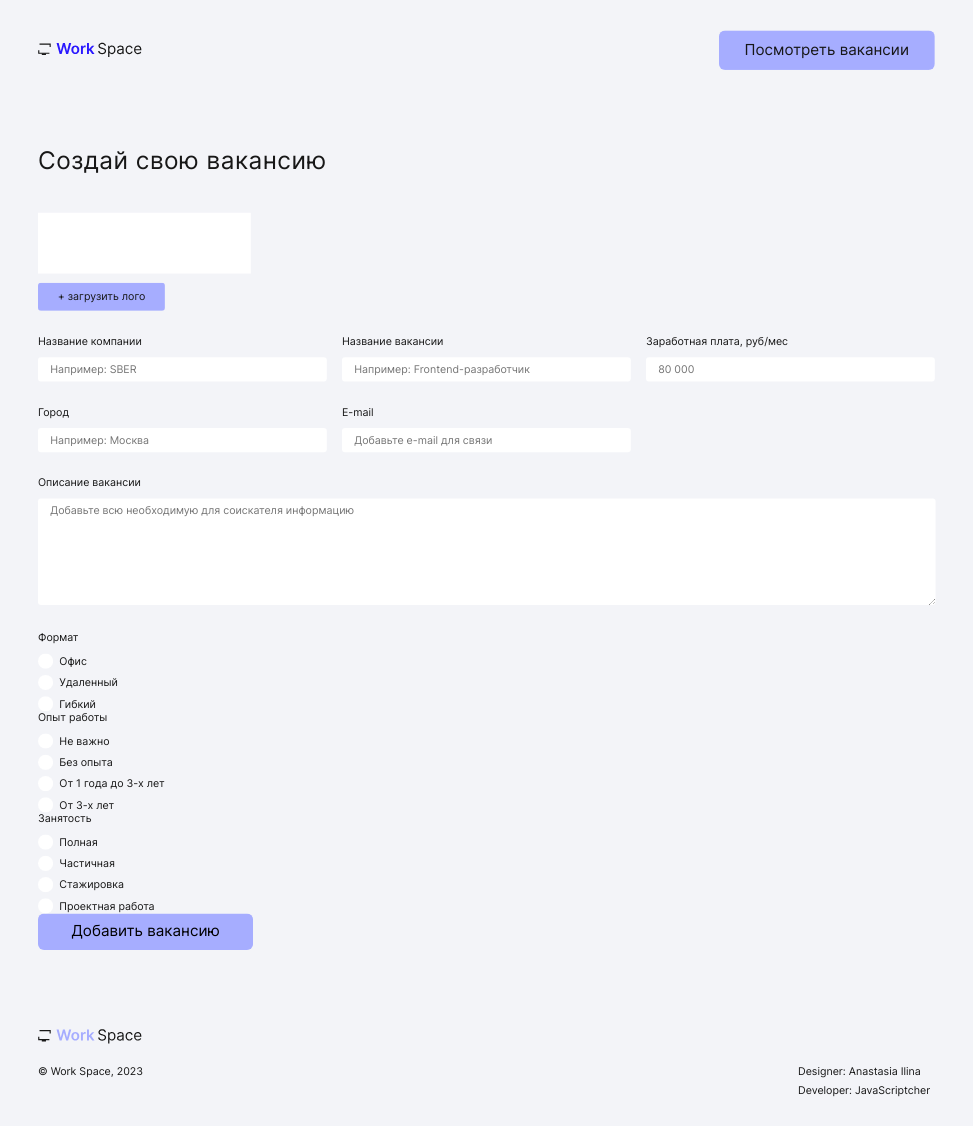
Repository: alexboagreek/workspace_js
Page: employer.html
These files come from the project's save history. The page is drawn as it stood at one moment and after the next save; the edit follows.
The browser window is 1280 px wide. The pictures show the whole page, at 76% of full size.

Above is the page before, as saved 2023-09-15 08:28:57.

### employer.html
<!DOCTYPE html>
<html lang="ru">
  <head>
    <meta charset="UTF-8" />
    <meta name="viewport" content="width=device-width, initial-scale=1.0" />
    <title>Workspace - добавить вакансию</title>

    <link rel="stylesheet" href="index.css" />

    <script src="js/just.js" defer></script>
    <script src="js/script.js" defer></script>
  </head>

  <body>
    <header class="header">
      <div class="container header__container">
        <a href="index.html">
          <img
            class="header__logo"
            src="img/logo.svg"
            alt="Логитип WorkSpace"
          />
        </a>
        <div class="header__links">
          <a class="header__link" href="index.html#vacancies">
            Посмотреть вакансии
          </a>
        </div>
      </div>
    </header>

    <main>
      <section class="employer">
        <div class="container">
          <h1 class="employer__title">Создай свою вакансию</h1>

          <form class="employer__form">
            <div class="employer__file file">
              <div class="file__wrap-preview">
                <img src="#" alt="" class="file__preview" />
              </div>

              <div class="file__wrap-btn">
                <label for="logo" class="file__label"> + загрузить лого </label>
                <input
                  name="logo"
                  type="file"
                  class="file__input"
                  id="logo"
                  accept="image/png, image/jpeg"
                  required
                />
              </div>
            </div>

            <fieldset class="employer__fieldset-input">
              <div class="employer__wrap-input">
                <label class="employer__label" for="company"
                  >Название компании
                </label>

                <input
                  type="text"
                  class="employer__input"
                  id="company"
                  name="company"
                  placeholder="Например: SBER"
                />
              </div>

              <fieldset class="employer__fieldset">
                <div class="employer__wrap-input">
                  <label class="employer__label" for="title"
                    >Название вакансии</label
                  >

                  <input
                    type="text"
                    class="employer__input"
                    id="title"
                    name="title"
                    placeholder="Например: Frontend-разработчик"
                  />
                </div>
              </fieldset>

              <fieldset class="employer__fildset">
                <div class="employer__wrap-input">
                  <label class="employer__label" for="salary"
                    >Заработная плата, руб/мес</label
                  >

                  <input
                    type="number"
                    class="employer__input"
                    id="salary"
                    name="salary"
                    placeholder="80 000"
                  />
                </div>
              </fieldset>

              <fieldset class="employer__fildset">
                <div class="employer__wrap-input">
                  <label class="employer__label" for="location">Город</label>

                  <input
                    type="text"
                    class="employer__input"
                    id="location"
                    name="location"
                    placeholder="Например: Москва"
                  />
                </div>
              </fieldset>

              <fieldset class="employer__fildset">
                <div class="employer__wrap-input">
                  <label class="employer__label" for="email">E-mail</label>

                  <input
                    type="email"
                    class="employer__input"
                    id="email"
                    name="email"
                    placeholder="Добавьте e-mail для связи"
                  />
                </div>
              </fieldset>
            </fieldset>



            <fieldset class="employer__fieldset-textarea">
              <label class="employer__label" for="description"
                >Описание вакансии</label
              >

              <textarea
                class="employer__textarea"
                name="description"
                id="description"
                placeholder="Добавьте всю необходимую для соискателя информацию"
              ></textarea>
            </fieldset>

            <div class="employer__radio-buttons">
              <fieldset class="employer__fieldset-radio" id="format">
                <legend class="employer__legend">Формат</legend>

                <label class="employer__label-radio radio">
                  <input
                    type="radio"
                    class="radio__input"
                    name="format"
                    value="Офис"
                  />Офис
                </label>

                <label class="employer__label-radio radio">
                  <input
                    type="radio"
                    class="radio__input"
                    name="format"
                    value="Удаленный"
                  />Удаленный
                </label>

                <label class="employer__label-radio radio">
                  <input
                    type="radio"
                    class="radio__input"
                    name="format"
                    value="Гибкий"
                  />Гибкий
                </label>
              </fieldset>

              <fieldset class="employer__fieldset-radio" id="experience">
                <legend class="employer__legend">Опыт работы</legend>

                <label class="employer__label-radio radio">
                  <input
                    type="radio"
                    class="radio__input"
                    name="experience"
                    value="Не важно"
                  />Не важно
                </label>

                <label class="employer__label-radio radio">
                  <input
                    type="radio"
                    class="radio__input"
                    name="experience"
                    value="Без опыта"
                  />Без опыта
                </label>

                <label class="employer__label-radio radio">
                  <input
                    type="radio"
                    class="radio__input"
                    name="experience"
                    value="От 1 года до 3-х лет"
                  />От 1 года до 3-х лет
                </label>

                <label class="employer__label-radio radio">
                  <input
                    type="radio"
                    class="radio__input"
                    name="experience"
                    value="От 3-х лет"
                  />От 3-х лет
                </label>
              </fieldset>

              <fieldset class="employer__fieldset-radio" id="type">
                <legend class="employer__legend">Занятость</legend>

                <label class="employer__label-radio radio">
                  <input
                    type="radio"
                    class="radio__input"
                    name="type"
                    value="Полная"
                  />Полная
                </label>

                <label class="employer__label-radio radio">
                  <input
                    type="radio"
                    class="radio__input"
                    name="type"
                    value="Частичная"
                  />Частичная
                </label>

                <label class="employer__label-radio radio">
                  <input
                    type="radio"
                    class="radio__input"
                    name="type"
                    value="Стажировка"
                  />Стажировка
                </label>

                <label class="employer__label-radio radio">
                  <input
                    type="radio"
                    class="radio__input"
                    name="type"
                    value="Проектная работа"
                  />Проектная работа
                </label>
              </fieldset>
            </div>

            <div class="employer__wrap-submit">
              <button class="employer__submit" type="submit">
                Добавить вакансию
              </button>
              <div class="employer__error"></div>
            </div>
          </form>
        </div>
      </section>
    </main>

    <footer class="footer">
      <div class="container footer__container">
        <img
          class="footer__logo"
          src="img/logo-footer.svg"
          alt="Логотип WorkSpace"
        />

        <p class="footer__copyright">© Work Space, 2023</p>

        <ul class="footer__contacts">
          <li class="footer__contact">
            Designer:
            <a class="footer__link" href="#">Anastasia Ilina</a>
          </li>
          <li class="footer__contact">
            Developer:
            <a class="footer__link" href="#">JavaScriptcher</a>
          </li>
        </ul>
      </div>
    </footer>
  </body>
</html>

### index.css
@import "style/normalize.css";
@import "style/choices.min.css";
@import "style/style.css";
@import "style/header.css";
@import "style/hero.css";
@import "style/vacancies.css";
@import "style/filter.css";
@import "style/choices.css";
@import "style/checkbox.css";
@import "style/cards.css";
@import "style/vacancy.css";
@import "style/footer.css";
@import "style/modal.css";
@import "style/detail.css";
@import "style/employer.css";
@import "style/file.css";
@import "style/radio.css";

### style/style.css
@font-face {
  font-family: Inter;
  font-weight: 400;
  src: url("../fonts/inter-regular.woff2") format("woff2"),
    url("../fonts/inter-regular.woff") format("woff");
}

html {
  scroll-behavior: smooth;
  position: relative;
  box-sizing: border-box;
}

*,
*:before,
*:after {
  box-sizing: inherit;
}

body {
  min-width: 320px;
  min-height: 100vh;
  font-family: Inter, sans-serif;
  font-size: 14px;
  color: #171717;
  background-color: #f3f4f8;
  line-height: 1.2;
}

img,
svg {
  max-width: 100%;
  max-height: 100%;
  height: auto;
}

button {
  padding: 0;
  border: 0;
  cursor: pointer;
  background-color: transparent;
}

a {
  text-decoration: none;
  color: inherit;
}

ul {
  padding: 0;
  margin: 0;
  list-style: none;
}

h1,
h2,
h3,
p {
  margin: 0;
}

fieldset {
  padding: 0;
  margin: 0;
  border: 0;
}

.visually-hidden {
  position: fixed;
  transform: scale(0);
}

.container {
  --width: 1180px;
  --padding: 30px;
  max-width: calc(var(--width) + var(--padding) * 2);
  margin: 0 auto;
  padding: 0 var(--padding);
}

.blue-text {
  color: #2a18ff;
}

@media (max-width: 1140px) {
  .container {
    --width: 880px;
  }
}

@media (max-width: 940px) {
  .container {
    --width: 680px;
  }
}

@media (max-width: 640px) {
  .container {
    --padding: 15px;
  }
}

### style/header.css
.header {
  padding: 40px 0;
}

.header__container {
  display: flex;
  align-items: center;
  justify-content: space-between;
  flex-wrap: wrap;
  gap: 24px;
}

.header__links {
  display: flex;
  gap: 8px;
  flex-wrap: wrap;
}

.header__link {
  padding: 12px 32px;
  border-radius: 8px;
  background-color: #a6adff;
  font-size: 20px;
  text-align: center;
  border: 2px solid transparent;
  transition-property: color, background-color;
  transition-duration: 0.2s;
  transition-timing-function: ease-in-out;
}

.header__link_o {
  background-color: transparent;
  border: 2px solid #A6ADFF;
}

.header__link:focus-visible {
  border-color: #4f58be;
}

.header__link:hover {
  color: #fff;
  background-color: #2a18ff;
}


@media (max-width: 1140px) {
  .header {
    padding: 32px 0 40px;
  }
}

@media (max-width: 940px) {
  .header {
    padding: 24px 0 30px;
  }

  .header__link {
    padding: 8px 23px;
    font-size: 14px;
  }
}

@media (max-width: 640px) {
  .header {
    padding: 24px 0 20px;
  }

  .header__container {
    flex-direction: column;
    align-items: center;
    justify-content: center;
  }

  .header__links {
    max-width: 290px;
  }

  .header__link {
    width: 100%;
  }

}

### style/hero.css
.hero {
  padding: 60px 0 50px;
}

.hero__container {
  position: relative;
  padding-top: 57px;
  padding-bottom: 57px;
}

.hero__container:after {
  content: "";
  position: absolute;
  right: -9px;
  top: 0;
  bottom: 0;
  width: 421px;
  background: url("../img/laptop.png") no-repeat center/contain;
}

.hero__title {
  position: relative;
  z-index: 2;
  max-width: 780px;
  font-size: 90px;
  letter-spacing: 1.8px;
  text-transform: uppercase;
}

@media (max-width: 1140px) {
  .hero {
    padding: 40px 0;
  }

  .hero__container {
    padding-top: 53px;
    padding-bottom: 53px;
  }

  .hero__container:after {
    width: 340px;
  }

  .hero__title {
    max-width: 580px;
    font-size: 64px;
    letter-spacing: 1.28px;
  }
}

@media (max-width: 940px) {
  .hero {
    padding: 30px 0;
  }

  .hero__container {
    padding-top: 40px;
    padding-bottom: 40px;
  }

  .hero__container:after {
    width: 269px;
  }

  .hero__title {
    max-width: 450px;
    font-size: 52px;
    letter-spacing: 1.04px;
  }
}

@media (max-width: 640px) {
  .hero {
    padding-top: 20px;
    padding-bottom: 10px;
  }

  .hero__container {
    padding-top: 0;
    padding-bottom: 234px;
  }

  .hero__title {
    max-width: 290px;
    text-align: center;
    margin: 0 auto;
    font-size: 32px;
  }

  .hero__container:after {
    right: auto;
    top: auto;
    height: 269px;
    left: 50%;
    transform: translateX(-50%);
    background-position: bottom;
  }
}

### style/vacancies.css
.vacancies {
  padding: 50px 0;
}

.vacancies__container {
  display: flex;
  align-items: start;
  gap: 24px 20px;
}

.vacancies__filter-btn {
  display: none;
}

.vacancies__filter {
  flex: 0 0 280px;
}

.vacancies__cards {
  flex-basis: 100%;
}

@media (max-width: 1140px) {
  .vacancies {
    padding: 40px 0;
  }
}

@media (max-width: 940px) {
  .vacancies {
    padding: 30px 0;
  }

  .vacancies__container {
    flex-direction: column;
    row-gap: 0;
  }

  .vacancies__filter-btn {
    display: flex;
    align-items: center;
    margin-bottom: 24px;
    transition-property: margin-bottom, color;
    transition-duration: 0.2s, 0.3s;
    transition-timing-function: ease-in-out;
    transition-delay: 0.2s, 0s;
    color: #2a18ff;
    line-height: 20px;
  }

  .vacancies__filter-btn:hover:not(:focus) {
    color: #a6adff;
  }

  .vacancies__filter-btn-arrow {
    position: relative;
    top: -2px;
    display: block;
    width: 20px;
    height: 20px;
  }

  .vacancies__filter-btn_active {
    margin-bottom: 32px;
    transition-delay: 0s;
  }

  .vacancies__filter-btn_active .vacancies__filter-btn-arrow {
    transform: rotate(180deg);
    top: 2px;
  }

  .vacancies__filter {
    width: 100%;
    flex-basis: auto;
    height: 0;
    overflow: hidden;
    transition: height 0.4s ease-in-out;
  }

  .vacancies__filter_active {
    height: auto;
    margin-bottom: 40px;
  }

  .vacancies__cards {
    width: 100%;
  }
}

@media (max-width: 640px) {
  .vacancies__filter-btn_active {
    margin-bottom: 24px;
  }
}

### style/choices.css
.choices {
  width: 100%;
}

.choices__inner {
  background-color: #fff;
  padding: 6px 16px;
  min-height: 32px;
  border: 0;
}

.choices__list--single {
  padding: 0;
}

.choices[data-type*="select-one"]::after {
  width: 20px;
  height: 20px;
  background: url("../img/arrow.svg") no-repeat center/contain;
  border: 0;
  top: 6px;
  right: 16px;
  margin-top: 0;
}

.choices[data-type*="select-one"].is-open::after {
  transform: rotate(180deg);
  margin-top: 0;
}

### style/checkbox.css
.checkbox {
  position: relative;
  display: block;
  line-height: 20px;
  padding-left: 28px;
}

.checkbox__input {
  -webkit-appearance: none;
  -moz-appearance: none;
  appearance: none;
  position: absolute;
  width: 20px;
  height: 20px;
  left: 0;
  top: 0;
  bottom: 0;
  background-color: #fff;
  border-radius: 4px;
}

.checkbox__input:after {
  content: "";
  position: absolute;
  inset: 0;
  display: block;
  background: url("../img/check.svg") no-repeat center;
  opacity: 0;
  transition: opacity 0.2s ease-in-out;
}

.checkbox__input:checked:after {
  opacity: 1;
}

.checkbox__input:focus-visible {
  outline: none;
  box-shadow: 0px 2px 10px rgba(0, 0, 0, 0.25);
}

.checkbox__input:hover:not(:disabled) {
  box-shadow: 0px 2px 10px rgba(166, 173, 255, 0.55);
}

.checkbox__input:disabled {
  background-color: #ccc;
}

### style/cards.css
.cards__list {
  display: grid;
  grid-template-columns: repeat(auto-fit, minmax(280px, 1fr));
  gap: 20px;
}

@media (max-width: 940px) {
  .cards__list {
    grid-template-columns: repeat(auto-fit, minmax(220px, 1fr));
    gap: 10px;
  }
}

### style/vacancy.css
.vacancy {
  border-radius: 16px;
  background-color: #fff;
  padding: 16px;
  height: 100%;
  cursor: pointer;
  outline: none;
  border: 2px solid transparent;
}

.vacancy:hover {
  background-color: #f9faff;
}

.vacancy:focus-visible {
  border-color: #a6adff;
}

.vacancy__img {
  max-height: 44px;
  margin-bottom: 12px;
  display: block;
}

.vacancy__company {
  font-size: 20px;
  margin-bottom: 8px;
}

.vacancy__title {
  display: inline-block;
  padding: 3px 5px;
  font-size: 14px;
  font-weight: 400;
  border-radius: 4px;
  background-color: #eaecff;
  margin-bottom: 8px;
}

.vacancy__field {
  color: #ccc;
}

### style/footer.css
.footer {
  padding: 50px 0 40px;
}

.footer__container {
  display: grid;
  gap: 27px;
  grid-template-areas:
    "logo ."
    "copyright contacts";
}

.footer__logo {
  grid-area: logo;
}

.footer__copyright {
  grid-area: copyright;
}

.footer__contacts {
  grid-area: contacts;
  justify-self: end;
  min-width: 180px;
}

.footer__contact {
  margin-bottom: 8px;
}

.footer__contact:last-child {
  margin-bottom: 0;
}

.footer__link:hover {
  color: brown;
}

@media (max-width: 1140px) {
  .footer {
    padding: 40px 0 32px;
  }
}

@media (max-width: 940px) {
  .footer {
    padding: 30px 0 24px;
  }
}

@media (max-width: 640px) {
  .footer {
    padding-top: 20px;
  }

  .footer__container {
    grid-template-areas:
      "logo"
      "copyright"
      "contacts";
  }

  .footer__contacts {
    justify-self: start;
  }
}

### style/modal.css
.modal {
  position: fixed;
  z-index: 10;
  inset: 0;
  background-color: rgba(0, 0, 0, 0.5);
  cursor: pointer;
  padding: 30px;
  overflow-y: auto;
  display: flex;
}

.modal__main {
  position: relative;
  margin: auto;
  cursor: default;
}

.modal__close {
  background-color: transparent;
  border: none;
  cursor: pointer;
  position: absolute;
  top: 12px;
  right: 12px;
  padding: 0;
  line-height: 0;
  outline: 1px solid transparent;
  border-radius: 3px;
}

.modal__close:focus-visible {
  outline-color: gray;
}

@media (max-width: 640px) {
  .modal {
    padding: 30px 15px;
  }
}

### style/employer.css
.employer {
  padding: 60px 0 50px;
}

.employer__title {
  font-size: 32px;
  font-weight: 400;
  letter-spacing: 0.64px;
  margin-bottom: 50px;
}

.employer__file {
  margin-bottom: 32px;
}

.employer__label {
  display: block;
  margin-bottom: 12px;
}

.employer__input {
  border-radius: 4px;
  padding: 0 16px;
  height: 32px;
  border: 0;
  width: 100%;
}

.employer__input:placeholder {
  color: #ccc;
}

.employer__fieldset-input {
  display: grid;
  grid-template-columns: repeat(3, 1fr);
  gap: 32px 20px;
  margin-bottom: 32px;
}

.employer__textarea {
  border-radius: 4px;
  min-height: 140px;
  width: 1181px;
  resize: vertical;
  border: none;
  padding: 7px 16px;
  margin-bottom: 32px;
}

.employer__input,
.
.employer__radio-buttons {
  display: grid;
  grid-template-columns: repeat(3, 280px);
  gap: 20px;
  margin-bottom: 50px;
}

.employer__fieldset-radio {
  display: flex;
  flex-direction: column;
}

.employer__legend {
  margin-bottom: 12px;
}

.employer__label-radio {
  margin-bottom: 8px;
}

.employer__label-radio:last-child {
  margin-bottom: 0;
}

.employer__wrap-submit {
  display: flex;
  flex-wrap: wrap;
  align-items: center;
  gap: 16px;
}

.employer__submit {
  padding: 0 42px;
  height: 48px;
  border-radius: 8px;
  background-color: #a6adff;
  font-size: 20px;
  border: 2px solid transparent;
  transition-property: color, background-color;
  transition-duration: 0.2s;
  transition-timing-function: ease-in-out;
}

.employer__submit:focus-visible {
  border-color: #4f58be;
}

.employer__submit:hover {
  color: #fff;
  background-color: #2a18ff;
}

.employer__error {
  color: #f00;
}

@media (max-width: 1140px) {
  .employer {
    padding-top: 40px;
    padding-bottom: 40px;
  }

  .employer__title {
    letter-spacing: 0.64px;
    margin-bottom: 40px;
  }

  .employer__file {
    margin-bottom: 24px;
  }

  .employer__fieldset {
    margin-bottom: 24px;
  }

  .employer__fieldset-input {
    row-gap: 24px;
  }

  .employer__textarea {
    width: 100%;
  }

  .employer__radio-buttons {
    margin-bottom: 40px;
  }
}

@media (max-width: 940px) {
  .employer {
    padding: 30px 0;
  }

  .employer__title {
    font-size: 24px;
    letter-spacing: 0.48px;
    margin-bottom: 32px;
  }

  .employer__radio-buttons {
    margin-bottom: 32px;
  }

  .employer__fieldset-input {
    grid-template-columns: repeat(1,1fr);
  }

  .employer__radio-buttons {
    grid-template-columns: repeat(auto-fit, minmax(220px, 1fr));
    gap: 24px 10px;
  }

  .employer__submit {
    height: 37px;
    border-radius: 8px;
    font-size: 14px;
  }
}

@media (max-width: 640px) {
  .employer {
    padding: 20px 0 40px;
  }

  .employer__title {
    font-size: 20px;
    letter-spacing: 0.4px;
    margin-bottom: 24px;
  }
}

### style/file.css
.file {
  position: relative;
  display: flex;
  flex-direction: column;
  align-items: start;
}

.file__wrap-preview {
  background-color: #fff;
  min-width: 280px;
  height: 80px;
  margin-bottom: 12px;
}

.file_active .file__wrap-preview {
  background-color: transparent;
  min-width: auto;
}

.file__wrap-preview_active {
  min-width: auto;
}

.file__preview {
}

.file__wrap-btn {
  position: relative;
}

.file__label {
  display: inline-block;
  padding: 8px 24px;
  border-radius: 4px;
  background-color: #a6adff;
  cursor: pointer;
  transition: all 0.4s ease-in-out;
  border: 2px solid transparent;
}


.file__label:focus-visible {
  border-color: #4f58be;
}

.file__label:hover {
  color: #fff;
  background-color: #2a18ff;
}

.file__input {
  opacity: 0;
  position: absolute;
  width: 1px;
  height: 1px;
  top: 50%;
  left: 50%;
}

.file__wrap-btn:focus-within .file__label {
  border-color: #4f58be;
}

### style/radio.css
.radio {
  position: relative;
  display: block;
  line-height: 20px;
  padding-left: 28px;
}
.radio__input {
  -webkit-appearance: none;
  -moz-appearance: none;
  appearance: none;
  position: absolute;
  width: 20px;
  height: 20px;
  border-radius: 50%;
  left: 0;
  top: 0;
  bottom: 0;
  background-color: #fff;
  border: 1px solid transparent;
}

.radio__input:after {
  content: "";
  width: 4px;
  height: 4px;
  position: absolute;
  top: 50%;
  left: 50%;
  transform: translate(-50%, -50%);
  display: block;
  background-color: #171717;
  opacity: 0;
  border-radius: 50%;
  transition: opacity 0.2s ease-in-out;
}

.radio__input:checked:after {
  opacity: 1;
}

.radio__input:focus-visible {
  outline: none;
  box-shadow: 0px 2px 10px rgba(0, 0, 0, 0.25);
}

Loaded but not shown: js/just.js (library); style/normalize.css (library); style/choices.min.css (library); js/script.js (422 lines, source omitted); style/detail.css (115 lines, source omitted); style/filter.css (111 lines, source omitted)

After the next save:
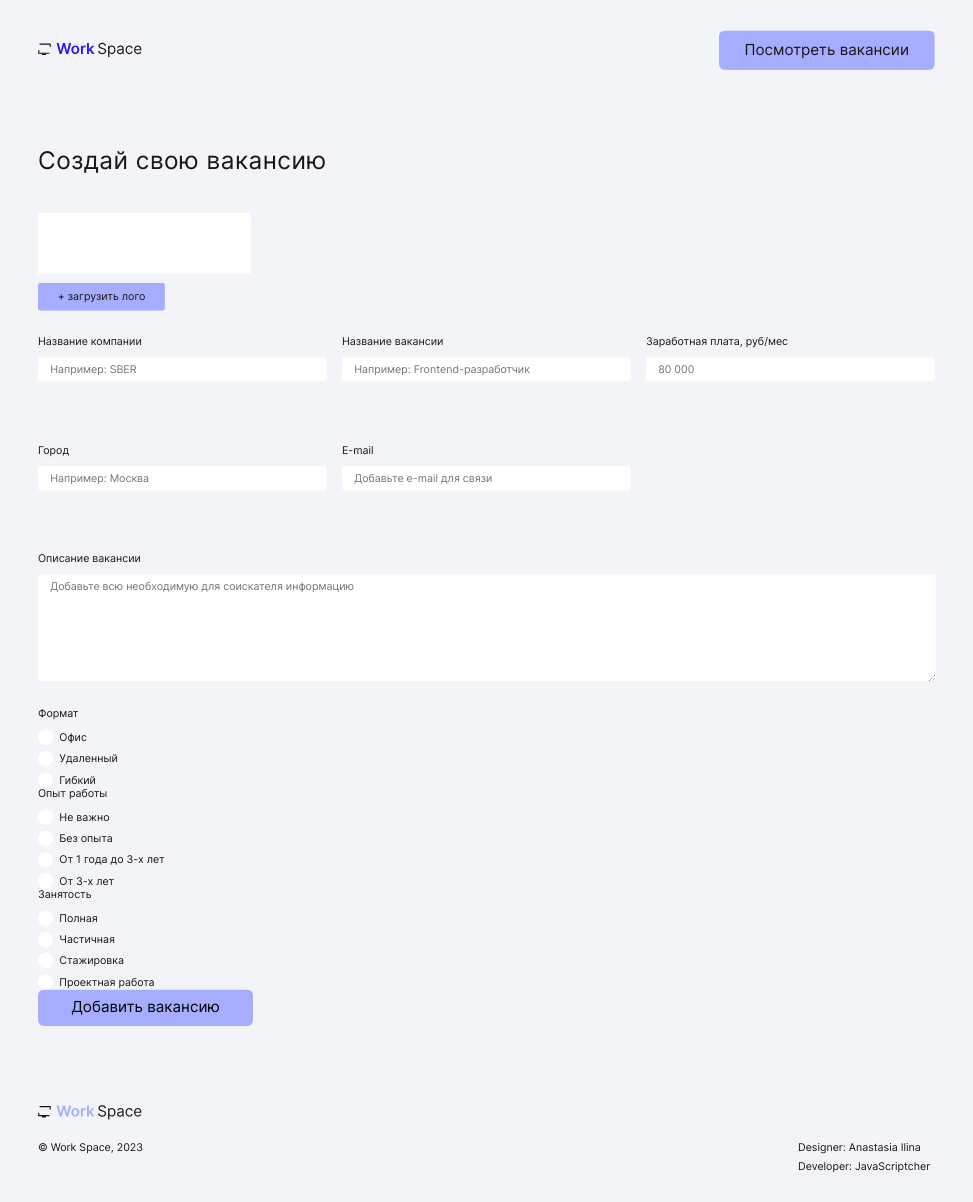
Saved 4 s later.
--- a/style/employer.css
+++ b/style/employer.css
@@ -48,7 +48,7 @@
 }
 
 .employer__input,
-.
+.emplo
 .employer__radio-buttons {
   display: grid;
   grid-template-columns: repeat(3, 280px);
